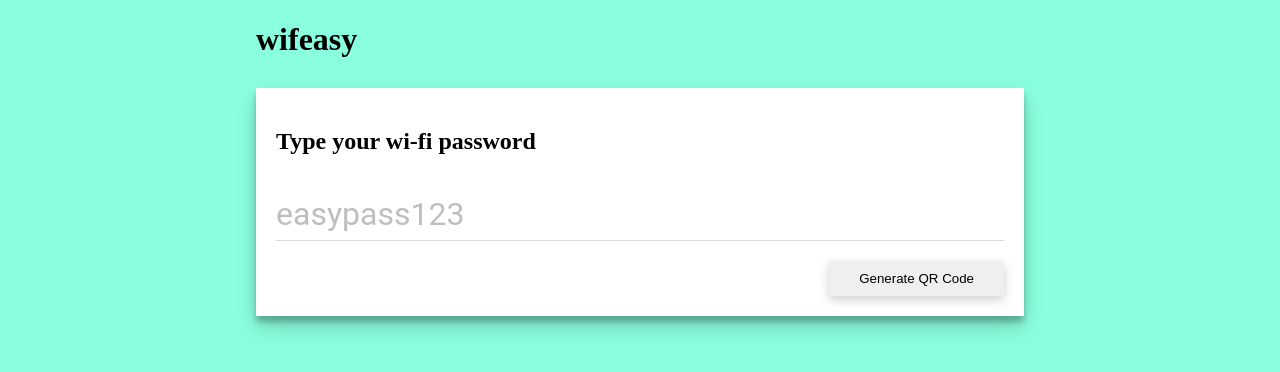
Repository: akagabi/wifeasy
Page: index.html
These files come from the project's save history. The page is drawn as it stood at one moment and after the next save; the edit follows.
The browser window is 1280 px wide. The pictures show the whole page.

Above is the page before, as saved 2018-12-25 12:57:05.

After the next save:
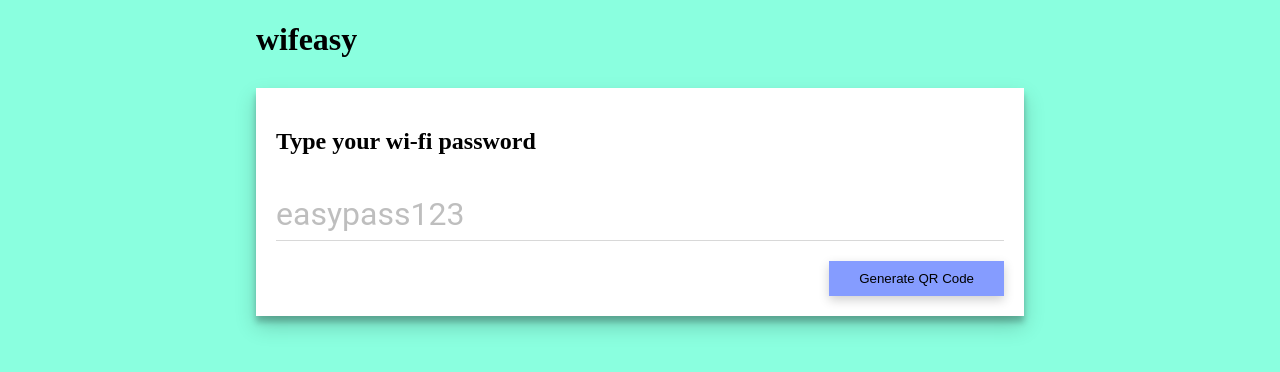
Saved 42 s later.
--- a/style.css
+++ b/style.css
@@ -94,6 +94,7 @@
   }
 
   .button {
+    background: #859CFF;
     box-shadow: 0 4px 10px rgba(0,0,0,0.19);
     border: 0;
     padding: 10px 30px;
